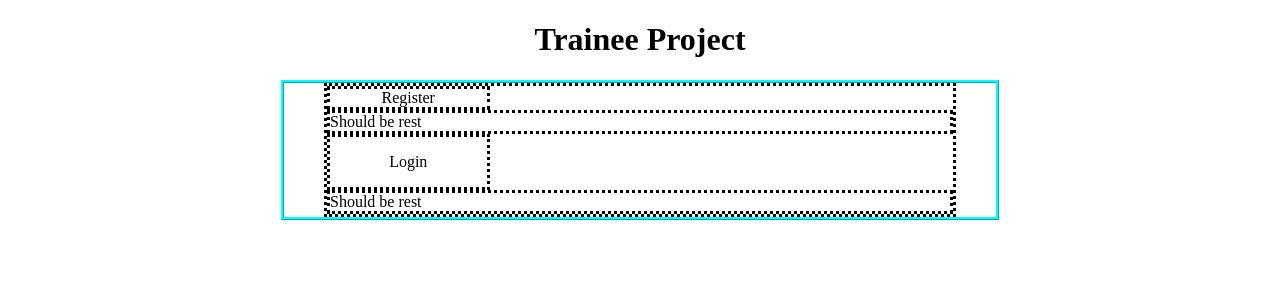
Repository: LsCodeMaster/Training
Page: Trainee/WebContent/trainee.html
The author's editor kept a copy of each file at every save. The page is drawn from the files as they stood at one save, then again after the next save.
The browser window is 1280 px wide. The pictures show the whole page.

Above is the page before, as saved 2015-09-15 10:00:45.

After the next save:
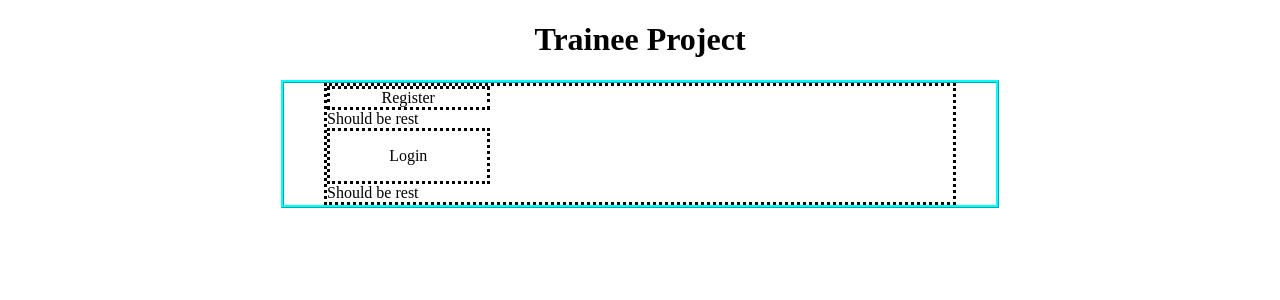
Saved 42 s later.
--- a/Trainee/WebContent/trainee.html
+++ b/Trainee/WebContent/trainee.html
@@ -12,14 +12,14 @@
 			<div class="loginType">
 				Register
 			</div>
-			<div class="border">
+			<div class="loginInfo">
 				Should be rest
 			</div>
 		<div>
 			<div class="loginType">
 				<p>Login</p>
 			</div>
-			<div class="border">
+			<div class="loginInfo">
 				Should be rest
 			</div>
 		</div>
